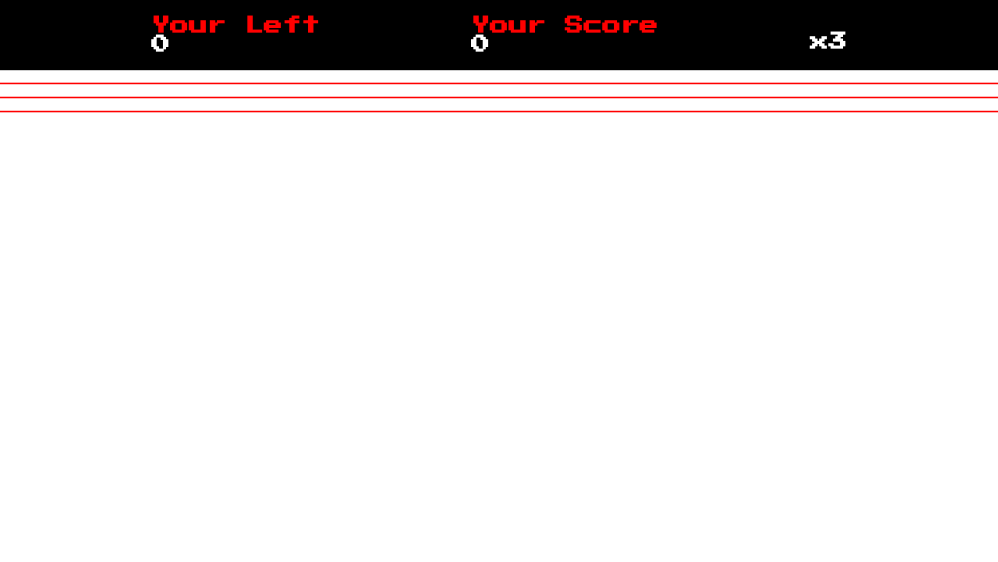
Repository: Zoemateus324/detona-ralph-js
Page: index.html
These files come from the project's save history. The page is drawn as it stood at one moment and after the next save; the edit follows.
The browser window is 1280 px wide. The pictures show the whole page, at 78% of full size.

Above is the page before, as saved 2024-11-26 08:50:07.

### index.html
<!DOCTYPE html>
<html lang="en">

<head>
    <!-- Settings -->
    <meta charset="UTF-8">
    <meta name="viewport" content="width=device-width, initial-scale=1.0">
    <title>Detona Ralph</title>

    <!-- Fonts -->
    <link rel="preconnect" href="https://fonts.googleapis.com">
    <link rel="preconnect" href="https://fonts.gstatic.com" crossorigin>
    <link href="https://fonts.googleapis.com/css2?family=Press+Start+2P&display=swap" rel="stylesheet">

    <!-- Styles -->
    <link rel="stylesheet" href="./src/styles/reset.css">
    <link rel="stylesheet" href="./src/styles/main.css">
</head>

<body>

    <div class="container">
        <div class="menu">
            <div class="menu-time">
                <h2 style="color: red;">Your Left</h2>
                <h2>0</h2>

            </div>
            <div class="menu-score">
                <h2 style="color: red;">Your Score</h2>
                <h2>0</h2>
            </div>
            <div class="menu-lives">
                <img src="">
                <h2>x3</h2>
            </div>
        </div>





        <div class="panel">
            <div class="panel-row">
                <div class="square" id="1"></div>
                <div class="square" id="2"></div>
                <div class="square" id="3"></div>
            </div>
        </div>
        <div class="panel">
            <div class="panel-row">
                <div class="square" id="4"></div>
                <div class="square" id="5"></div>
                <div class="square" id="6"></div>
            </div>
        </div>
        <div class="panel">
            <div class="panel-row">
                <div class="square" id="7"></div>
                <div class="square" id="8"></div>
                <div class="square" id="9"></div>
            </div>
        </div>
    </div>


    <script defer src="./src/scripts/main.js"></script>
</body>



</html>

### src/styles/reset.css
*{
    margin:0;
    padding:0;
    box-sizing:border-box;
    /* font-family: "Bebas Neue", sans-serif; */
    font-family: "Press Start 2P", cursive;
}

### src/styles/main.css
.container{
    display: flex;
    flex-direction:column;
    height:100%;
}

.menu{
    display:flex;
    justify-content:space-evenly;
    align-items:center;


    height:90px;
    width:100%;
    background-color:#000000;
    color:  #ffffff;
}

.panel{
    margin-top:1rem;
    border: 1px solid red;
    display:flex;
    align-items:center;
    justify-content:center;

}

Loaded but not shown: src/scripts/main.js (no stored copy; drawn as an empty file)

After the next save:
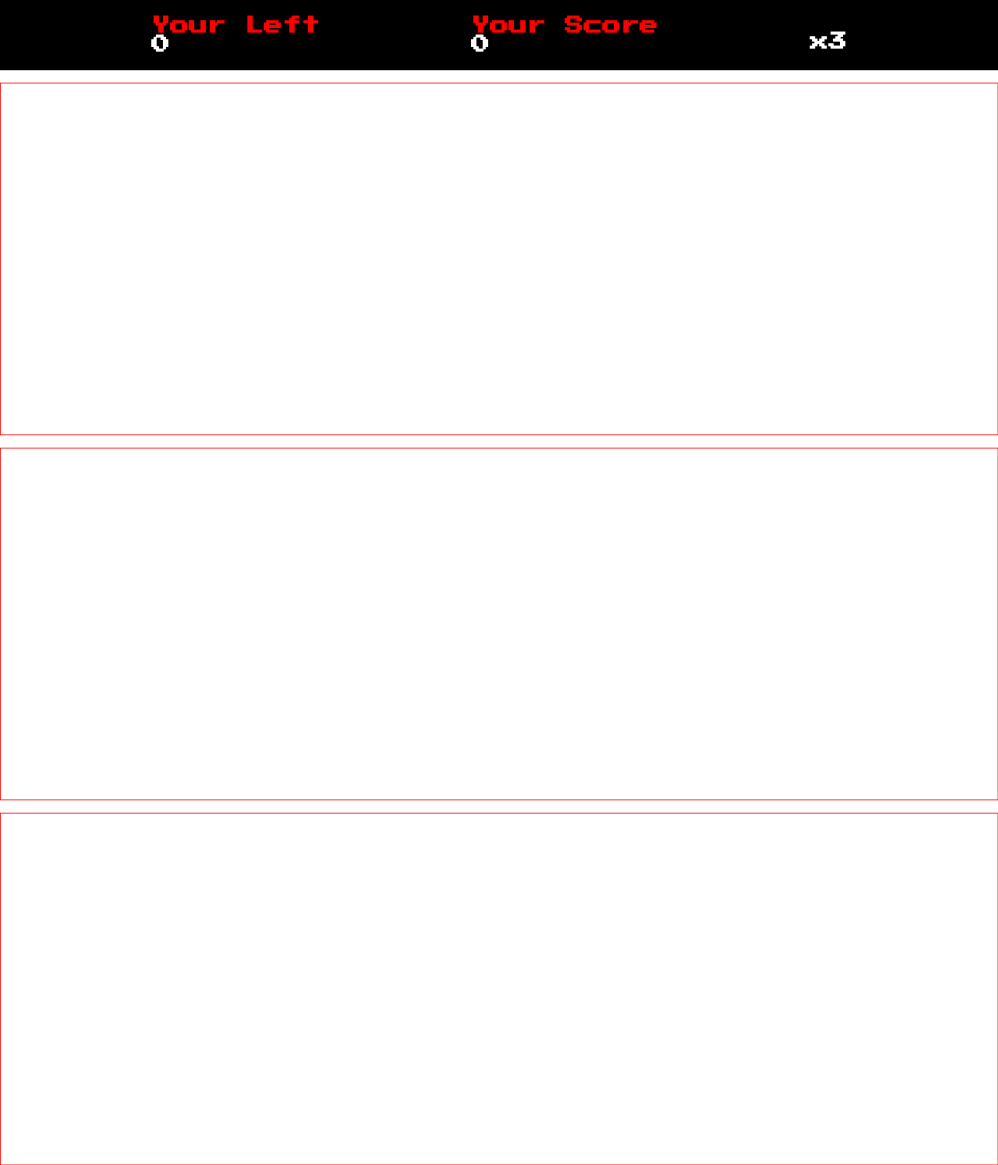
Saved 15 s later.
--- a/src/styles/main.css
+++ b/src/styles/main.css
@@ -24,3 +24,6 @@
     justify-content:center;
 
 }
+.square{
+    height:150px;
+}
